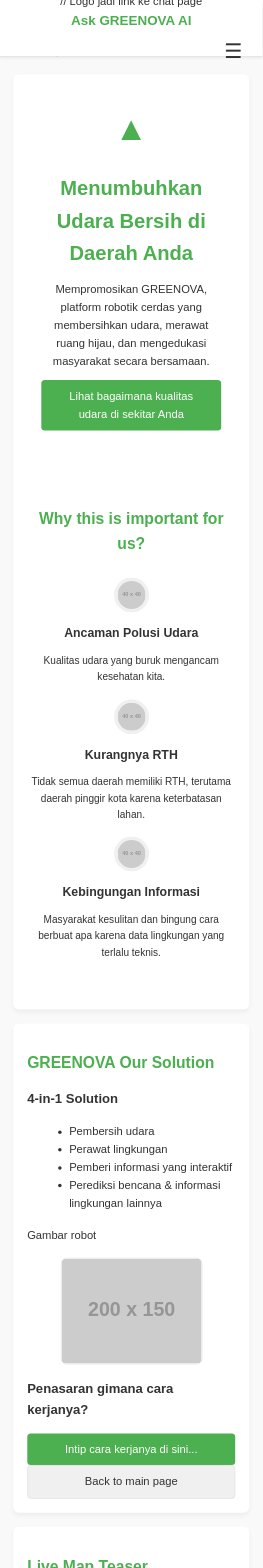
Repository: JojoGid34/Greenova-WEBSITE-SFT25-TETR
Page: index.html
The author's editor kept a copy of each file at every save. The page is drawn from the files as they stood at one save, then again after the next save.
The browser window is 375 px wide. The pictures show the part of the page from y = 0 to 2240 px (the page is 5735 px tall), at 70% of full size.

Above is the page before, as saved 2025-07-26 14:06:41.

### index.html
<!DOCTYPE html>
<html lang="id">

<head>
  <meta charset="UTF-8">
  <meta name="viewport" content="width=device-width, initial-scale=1.0">
  <title>Greenova AI - Scrollable Website</title>
  <link rel="stylesheet" href="style.css">
</head>

<body>
  // Header nya fixed di atas
  <header class="navbar">
    <div class="container">
      // Logo jadi link ke chat page
      <a href="#chat-page" class="logo">Ask GREENOVA AI</a>
      <nav class="nav-menu">
        <button class="menu-toggle" aria-label="Toggle navigation">&#9776;</button>
        <ul class="nav-list">
          <li class="close-menu-item"><button class="close-menu" aria-label="Close navigation">&times;</button></li>
          <li><a href="#home">Home</a></li>
          <li><a href="#solution">Our Solution</a></li>
          <li><a href="#live-map-teaser">Live Map Teaser</a></li>
          <li><a href="#collaboration">Collaboration</a></li>
          <li><a href="#about-us-simulated">About Us</a></li>
          <li><a href="#how-it-works-simulated">How It Works</a></li>
          <li><a href="#live-map-simulated">Live Map & Rob. Loc.</a></li>
          <li><a href="#air-quality-simulated">Air Quality Analysis</a></li>
          <li><a href="#collaboration-simulated">Collaboration</a></li>
          <li><a href="#donation-simulated">Donation</a></li>
        </ul>
      </nav>
    </div>
  </header>

  <main class="container">
    <!-- Home Section (Menumbuhkan Udara Bersih di Daerah Anda & Why this is important for us?) -->
    <section id="home" class="page-section">
      <div class="hero-content">
        <div class="triangle-icon">▲</div>
        <h1>Menumbuhkan Udara Bersih di Daerah Anda</h1>
        <p>Mempromosikan GREENOVA, platform robotik cerdas yang membersihkan udara, merawat ruang hijau, dan mengedukasi
          masyarakat secara bersamaan.</p>
        <a href="#air-quality-simulated" class="btn primary-btn">Lihat bagaimana kualitas udara di sekitar Anda</a>
      </div>
      <div class="why-important">
        <h2>Why this is important for us?</h2>
        <div class="reason-item">
          <img src="https://via.placeholder.com/40" alt="Polusi Udara Icon" class="icon">
          <div>
            <h3>Ancaman Polusi Udara</h3>
            <p>Kualitas udara yang buruk mengancam kesehatan kita.</p>
          </div>
        </div>
        <div class="reason-item">
          <img src="https://via.placeholder.com/40" alt="RTH Icon" class="icon">
          <div>
            <h3>Kurangnya RTH</h3>
            <p>Tidak semua daerah memiliki RTH, terutama daerah pinggir kota karena keterbatasan lahan.</p>
          </div>
        </div>
        <div class="reason-item">
          <img src="https://via.placeholder.com/40" alt="Informasi Icon" class="icon">
          <div>
            <h3>Kebingungan Informasi</h3>
            <p>Masyarakat kesulitan dan bingung cara berbuat apa karena data lingkungan yang terlalu teknis.</p>
          </div>
        </div>
      </div>
    </section>

    <!-- Our Solution Section -->
    <section id="solution" class="page-section">
      <h2>GREENOVA Our Solution</h2>
      <div class="solution-details">
        <h3>4-in-1 Solution</h3>
        <ul>
          <li>Pembersih udara</li>
          <li>Perawat lingkungan</li>
          <li>Pemberi informasi yang interaktif</li>
          <li>Perediksi bencana & informasi lingkungan lainnya</li>
        </ul>
        <p>Gambar robot</p>
        <img src="https://via.placeholder.com/200x150?text=Robot+Image" alt="Greenova Robot">
        <h3>Penasaran gimana cara kerjanya?</h3>
        <a href="#how-it-works-simulated" class="btn primary-btn">Intip cara kerjanya di sini...</a>
      </div>
      <a href="#home" class="btn secondary-btn">Back to main page</a>
    </section>

    <!-- Live Map Teaser Section -->
    <section id="live-map-teaser" class="page-section">
      <h2>Live Map Teaser</h2>
      <div class="map-teaser-content">
        <img src="https://via.placeholder.com/300x200?text=Peta+Jakarta" alt="Live Map Teaser Image" class="map-image">
        <div class="map-overlay-text">Taman Pojok<br>AQI: 55 (Baik)</div>
        <a href="#live-map-simulated" class="btn primary-btn">Jelajahi peta selanjutnya...</a>
      </div>
      <a href="#home" class="btn secondary-btn">Back to main page</a>
    </section>

    <!-- Mari Berkolaborasi Section -->
    <section id="collaboration" class="page-section">
      <h1>Mari Berkolaborasi</h1>
      <h2>Untuk Indonesia yang lebih bersih</h2>
      <p>Proyek ini akan berhasil melalui dukungan dan kemitraan dari berbagai pihak. Cari tahu bagaimana Anda bisa
        menjadi bagian dari perubahan ini :)</p>
      <button class="btn primary-btn">Hubungi kami</button>
      <a href="#home" class="btn secondary-btn">Back to main page</a>
    </section>

    <!-- Simulated Pages (Sekarang juga akan muncul di bawah jika di-scroll) -->
    <section id="air-quality-simulated" class="page-section">
      <h2>Simulasi: Analisis Kualitas Udara</h2>
      <p>Ini adalah halaman simulasi untuk analisis kualitas udara. Di sini Anda akan menampilkan data sensor
        sebenarnya.</p>
      <a href="#home" class="btn secondary-btn">Back to main page</a>
    </section>

    <section id="how-it-works-simulated" class="page-section">
      <h2>Simulasi: Cara Kerja Robot</h2>
      <p>Ini adalah halaman simulasi untuk detail cara kerja Greenova AI.</p>
      <a href="#home" class="btn secondary-btn">Back to main page</a>
    </section>

    <section id="live-map-simulated" class="page-section">
      <h2>Simulasi: Peta Lengkap Robot</h2>
      <p>Ini adalah halaman simulasi untuk peta interaktif dengan lokasi robot. Di sini Anda akan mengintegrasikan peta
        Google Maps atau OpenStreetMap.</p>
      <a href="#home" class="btn secondary-btn">Back to main page</a>
    </section>

  </main>

  <footer class="footer">
    <div class="container footer-content">
      <div class="footer-nav">
        <button class="footer-icon">&#9776;</button>
        <button class="footer-icon">&#9776;</button>
        <button class="footer-icon">&#9776;</button>
      </div>
      <div class="social-media">
        <span>Our Social Media</span>
        <span>Our Contact</span>
      </div>
    </div>
  </footer>

  <script src="script.js"></script>
</body>

</html>

### style.css
/* General styles */
:root {
  --primary-color: #4CAF50;
  --secondary-color: #f0f0f0;
  --text-color: #333;
  --header-bg: #fff;
  --border-color: #ddd;
  --button-hover-bg: #45a049;
  --button-text-color: #fff;
  --navbar-height: 60px;
}

html {
  scroll-behavior: smooth;
}

body {
  font-family: Arial, sans-serif;
  margin: 0;
  /* Tambahkan padding-top untuk mengimbangi navbar fixed */
  padding-top: var(--navbar-height);
  background-color: #f9f9f9;
  color: var(--text-color);
  line-height: 1.6;
}

body.menu-open {
  overflow: hidden;
  /* Mencegah scroll saat menu terbuka */
}

.container {
  width: 90%;
  max-width: 960px;
  /* Lebar maksimum disesuaikan untuk fokus wireframe */
  margin: 0 auto;
  padding: 20px 0;
}

/* Navbar */
.navbar {
  background-color: var(--header-bg);
  border-bottom: 1px solid var(--border-color);
  padding: 10px 0;
  position: fixed;
  /* Membuat navbar tetap di atas */
  top: 0;
  left: 0;
  width: 100%;
  z-index: 1000;
  box-shadow: 0 2px 5px rgba(0, 0, 0, 0.1);
  height: var(--navbar-height);
  /* Tentukan tinggi navbar */
  display: flex;
  /* Untuk centering konten di dalamnya */
  align-items: center;
  /* Untuk centering konten di dalamnya */
}

.navbar .container {
  display: flex;
  justify-content: space-between;
  align-items: center;
  width: 90%;
  /* Pastikan container di dalam navbar juga responsif */
  max-width: 960px;
}

.navbar .logo {
  font-weight: bold;
  font-size: 1.2em;
  color: var(--primary-color);
  text-decoration: none;
}

.nav-menu .menu-toggle {
  display: none;
  /* Hidden by default for larger screens */
  background: none;
  border: none;
  font-size: 1.8em;
  cursor: pointer;
  color: var(--text-color);
}

.nav-list {
  list-style: none;
  margin: 0;
  padding: 0;
  display: flex;
  /* Overlay menu */
  position: fixed;
  top: 0;
  right: -300px;
  width: 300px;
  height: 100%;
  background-color: var(--header-bg);
  box-shadow: -2px 0 5px rgba(0, 0, 0, 0.2);
  flex-direction: column;
  padding-top: 60px;
  transition: right 0.3s ease-in-out;
  z-index: 999;
}

.nav-list.active {
  right: 0;
  /* Shown when menu is toggled */
}

.nav-list li {
  margin: 10px 20px;
}

.nav-list a {
  text-decoration: none;
  color: var(--text-color);
  font-weight: 500;
  transition: color 0.3s ease;
  display: block;
  padding: 10px 0;
}

.nav-list a:hover {
  color: var(--primary-color);
}

.close-menu-item {
  position: absolute;
  top: 10px;
  right: 20px;
  margin: 0;
}

/* Page Sections */
.page-section {
  /* Hapus display: none; agar semua section terlihat dan bisa di-scroll */
  padding: 40px 0;
  min-height: calc(100vh - var(--navbar-height) - 80px);
  /* Adjust based on header/footer height */
  box-sizing: border-box;
  background-color: #fff;
  /* Background putih seperti wireframe */
  border-radius: 8px;
  box-shadow: 0 4px 8px rgba(0, 0, 0, 0.05);
  margin-bottom: 20px;
  padding: 30px;
}

h1,
h2 {
  color: var(--primary-color);
  margin-bottom: 15px;
}

h1 {
  font-size: 2.2em;
}

h2 {
  font-size: 1.8em;
}

p {
  margin-bottom: 15px;
}

/* Buttons */
.btn {
  padding: 10px 20px;
  border: none;
  border-radius: 5px;
  cursor: pointer;
  font-size: 1em;
  transition: background-color 0.3s ease;
  text-decoration: none;
  /* Untuk anchor tags styled as buttons */
  display: inline-block;
  text-align: center;
}

.primary-btn {
  background-color: var(--primary-color);
  color: var(--button-text-color);
}

.primary-btn:hover {
  background-color: var(--button-hover-bg);
}

.secondary-btn {
  background-color: var(--secondary-color);
  color: var(--text-color);
  border: 1px solid var(--border-color);
}

.secondary-btn:hover {
  background-color: #e0e0e0;
}

/* Home Section Specific */
#home .hero-content {
  text-align: center;
  margin-bottom: 40px;
  padding: 20px;
  border-radius: 8px;
  /* Box shadow inherited from .page-section */
}

#home .triangle-icon {
  font-size: 3em;
  color: var(--primary-color);
  margin-bottom: 10px;
}

#home .why-important {
  padding: 30px 0;
  /* Box shadow inherited from .page-section */
}

#home .why-important h2 {
  text-align: center;
  margin-bottom: 30px;
}

.reason-item {
  display: flex;
  align-items: flex-start;
  /* Align icon and text to top */
  margin-bottom: 20px;
  gap: 15px;
}

.reason-item .icon {
  width: 40px;
  /* Ukuran icon seperti wireframe */
  height: 40px;
  border-radius: 50%;
  background-color: var(--secondary-color);
  padding: 5px;
  object-fit: contain;
  flex-shrink: 0;
  /* Prevent icon from shrinking */
}

.reason-item h3 {
  margin-top: 0;
  margin-bottom: 5px;
  font-size: 1.1em;
}

.reason-item p {
  font-size: 0.9em;
  margin-bottom: 0;
}

/* Our Solution Section */
.solution-details ul {
  list-style: disc;
  margin-left: 20px;
  margin-bottom: 20px;
}

.solution-details img {
  display: block;
  margin: 20px auto;
  max-width: 100%;
  height: auto;
  border-radius: 8px;
  border: 1px solid var(--border-color);
  /* Add border for placeholder image */
}

/* Live Map Teaser Section */
.map-teaser-content {
  position: relative;
  width: 100%;
  max-width: 400px;
  /* Ukuran peta teaser seperti wireframe */
  margin: 20px auto;
  border: 1px solid var(--border-color);
  border-radius: 8px;
  overflow: hidden;
}

.map-teaser-content .map-image {
  display: block;
  width: 100%;
  height: auto;
}

.map-overlay-text {
  position: absolute;
  top: 50%;
  left: 50%;
  transform: translate(-50%, -50%);
  background-color: rgba(76, 175, 80, 0.8);
  /* Warna hijau transparan */
  color: white;
  padding: 10px 15px;
  border-radius: 5px;
  font-weight: bold;
  font-size: 1.1em;
  text-align: center;
}

.map-teaser-content .primary-btn {
  display: block;
  width: calc(100% - 40px);
  /* Adjust for padding */
  margin: 20px auto;
}

/* Mari Berkolaborasi Section */
#collaboration h1 {
  text-align: center;
  font-size: 2.5em;
  margin-bottom: 10px;
}

#collaboration h2 {
  text-align: center;
  font-size: 1.8em;
  margin-bottom: 30px;
}

#collaboration>p {
  text-align: center;
  margin-bottom: 30px;
}

#collaboration .primary-btn {
  display: block;
  width: fit-content;
  margin: 0 auto;
}


/* Footer */
.footer {
  background-color: var(--header-bg);
  border-top: 1px solid var(--border-color);
  padding: 15px 0;
  text-align: center;
  font-size: 0.9em;
  color: #666;
}

.footer-content {
  display: flex;
  justify-content: space-between;
  align-items: center;
}

.footer-nav {
  display: flex;
  gap: 10px;
}

.footer-icon {
  background: none;
  border: 1px solid var(--border-color);
  border-radius: 50%;
  width: 30px;
  height: 30px;
  display: flex;
  justify-content: center;
  align-items: center;
  font-size: 1.2em;
  cursor: pointer;
  color: #666;
}

/* Responsiveness */
@media (max-width: 768px) {
  .navbar .container {
    flex-wrap: wrap;
    justify-content: center;
  }

  .navbar .logo {
    width: 100%;
    text-align: center;
    margin-bottom: 10px;
  }

  .nav-menu {
    width: 100%;
    text-align: center;
  }

  .nav-menu .menu-toggle {
    display: block;
    width: 100%;
    text-align: right;
    padding-right: 10px;
  }

  .nav-list {
    flex-direction: column;
    width: 100%;
    display: none;
    /* Hidden by default on mobile */
    border-top: 1px solid var(--border-color);
    padding-top: 10px;
  }

  .nav-list.active {
    display: flex;
    /* Shown when menu is toggled */
  }

  .nav-list li {
    margin: 10px 0;
  }

  /* Adjust page-section padding for smaller screens */
  .page-section {
    padding: 20px;
  }

  .reason-item {
    flex-direction: column;
    align-items: center;
    text-align: center;
  }
}

@media (max-width: 480px) {
  h1 {
    font-size: 1.8em;
  }

  h2 {
    font-size: 1.4em;
  }

  .btn {
    width: 100%;
    box-sizing: border-box;
  }

  #collaboration .primary-btn {
    width: 100%;
  }

  .footer-content {
    flex-direction: column;
    gap: 10px;
  }

  .chat-input-area {
    flex-direction: column;
  }

  .chat-send-btn {
    width: 100%;
  }
}

### script.js
document.addEventListener('DOMContentLoaded', () => {
  const menuToggle = document.querySelector('.menu-toggle');
  const navList = document.querySelector('.nav-list');

  //Mobile menu toggle
  if (menuToggle) {
    menuToggle.addEventListener('click', () => {
      navList.classList.toggle('active');
    });
  }

  //Optional: Smooth scrolling for anchor links (lebih baik secara native dengan CSS scroll-behavior)
  const navLinks = document.querySelectorAll('.nav-list a');
  navLinks.forEach(link => {
      link.addEventListener('click', (e) => {
          e.preventDefault();
          const targetId = link.getAttribute('href');
          document.querySelector(targetId).scrollIntoView({
              behavior: 'smooth'
          });
          //Close mobile menu after clicking a link
          if (navList.classList.contains('active')) {
              navList.classList.remove('active');
          }
      });
  });

});

After the next save:
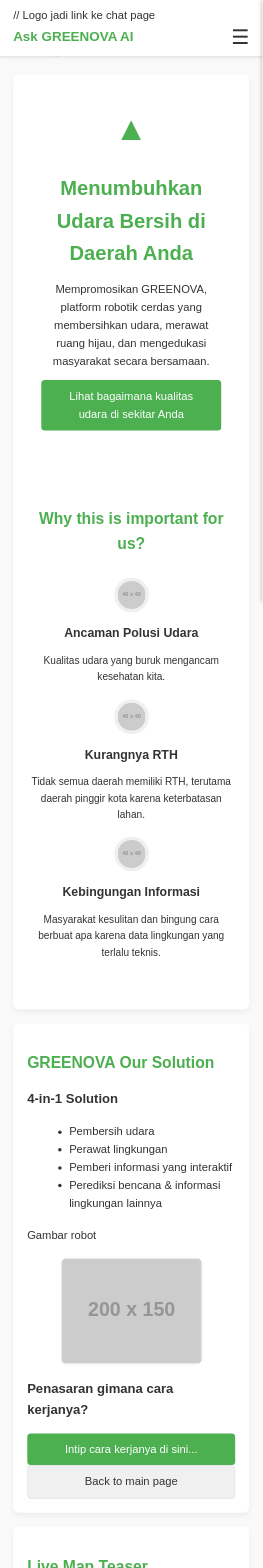
Saved 12 s later.
--- a/style.css
+++ b/style.css
@@ -1,17 +1,21 @@
-/* General styles */
+/* General Styles */
 :root {
   --primary-color: #4CAF50;
+  /* Green */
   --secondary-color: #f0f0f0;
+  /* Light Gray */
   --text-color: #333;
   --header-bg: #fff;
   --border-color: #ddd;
   --button-hover-bg: #45a049;
   --button-text-color: #fff;
   --navbar-height: 60px;
+  /* Tentukan tinggi navbar */
 }
 
 html {
   scroll-behavior: smooth;
+  /* Untuk smooth scrolling saat klik link anchor */
 }
 
 body {
@@ -22,11 +26,13 @@
   background-color: #f9f9f9;
   color: var(--text-color);
   line-height: 1.6;
+  transition: margin-right 0.3s ease;
+  /* Untuk animasi dorong konten saat menu terbuka */
 }
 
 body.menu-open {
   overflow: hidden;
-  /* Mencegah scroll saat menu terbuka */
+  /* Mencegah scrolling latar belakang saat menu terbuka */
 }
 
 .container {
@@ -71,6 +77,7 @@
   font-size: 1.2em;
   color: var(--primary-color);
   text-decoration: none;
+  /* Hapus underline pada link logo */
 }
 
 .nav-menu .menu-toggle {
@@ -88,27 +95,31 @@
   margin: 0;
   padding: 0;
   display: flex;
-  /* Overlay menu */
+  /* Gaya untuk menu overlay */
   position: fixed;
   top: 0;
   right: -300px;
+  /* Sembunyikan di luar layar */
   width: 300px;
   height: 100%;
   background-color: var(--header-bg);
   box-shadow: -2px 0 5px rgba(0, 0, 0, 0.2);
   flex-direction: column;
   padding-top: 60px;
+  /* Ruang untuk tombol tutup */
   transition: right 0.3s ease-in-out;
   z-index: 999;
+  /* Di bawah navbar tapi di atas konten */
 }
 
 .nav-list.active {
   right: 0;
-  /* Shown when menu is toggled */
+  /* Tampilkan menu */
 }
 
 .nav-list li {
   margin: 10px 20px;
+  /* Padding untuk setiap item menu */
 }
 
 .nav-list a {
@@ -117,6 +128,7 @@
   font-weight: 500;
   transition: color 0.3s ease;
   display: block;
+  /* Agar seluruh area li bisa diklik */
   padding: 10px 0;
 }
 
@@ -124,16 +136,25 @@
   color: var(--primary-color);
 }
 
+/* Tombol tutup menu */
 .close-menu-item {
   position: absolute;
   top: 10px;
   right: 20px;
   margin: 0;
+  /* Override default li margin */
+}
+
+.close-menu {
+  background: none;
+  border: none;
+  font-size: 2em;
+  cursor: pointer;
+  color: var(--text-color);
 }
 
 /* Page Sections */
 .page-section {
-  /* Hapus display: none; agar semua section terlihat dan bisa di-scroll */
   padding: 40px 0;
   min-height: calc(100vh - var(--navbar-height) - 80px);
   /* Adjust based on header/footer height */
@@ -203,7 +224,6 @@
   margin-bottom: 40px;
   padding: 20px;
   border-radius: 8px;
-  /* Box shadow inherited from .page-section */
 }
 
 #home .triangle-icon {
@@ -214,7 +234,6 @@
 
 #home .why-important {
   padding: 30px 0;
-  /* Box shadow inherited from .page-section */
 }
 
 #home .why-important h2 {
@@ -225,21 +244,18 @@
 .reason-item {
   display: flex;
   align-items: flex-start;
-  /* Align icon and text to top */
   margin-bottom: 20px;
   gap: 15px;
 }
 
 .reason-item .icon {
   width: 40px;
-  /* Ukuran icon seperti wireframe */
   height: 40px;
   border-radius: 50%;
   background-color: var(--secondary-color);
   padding: 5px;
   object-fit: contain;
   flex-shrink: 0;
-  /* Prevent icon from shrinking */
 }
 
 .reason-item h3 {
@@ -267,7 +283,6 @@
   height: auto;
   border-radius: 8px;
   border: 1px solid var(--border-color);
-  /* Add border for placeholder image */
 }
 
 /* Live Map Teaser Section */
@@ -275,7 +290,6 @@
   position: relative;
   width: 100%;
   max-width: 400px;
-  /* Ukuran peta teaser seperti wireframe */
   margin: 20px auto;
   border: 1px solid var(--border-color);
   border-radius: 8px;
@@ -294,7 +308,6 @@
   left: 50%;
   transform: translate(-50%, -50%);
   background-color: rgba(76, 175, 80, 0.8);
-  /* Warna hijau transparan */
   color: white;
   padding: 10px 15px;
   border-radius: 5px;
@@ -306,7 +319,6 @@
 .map-teaser-content .primary-btn {
   display: block;
   width: calc(100% - 40px);
-  /* Adjust for padding */
   margin: 20px auto;
 }
 
@@ -332,6 +344,69 @@
   display: block;
   width: fit-content;
   margin: 0 auto;
+}
+
+/* Chat Page Specific Styles */
+#chat-page .chat-container {
+  display: flex;
+  flex-direction: column;
+  gap: 15px;
+  max-width: 600px;
+  margin: 20px auto;
+  padding: 20px;
+  background-color: #f8f8f8;
+  border-radius: 10px;
+  box-shadow: 0 2px 10px rgba(0, 0, 0, 0.1);
+}
+
+.chat-message {
+  background-color: #e0f7fa;
+  /* Light blue for bot messages */
+  padding: 15px;
+  border-radius: 15px;
+  align-self: flex-start;
+  /* Align to left for bot */
+  max-width: 80%;
+}
+
+.chat-message p {
+  margin-bottom: 5px;
+}
+
+.chat-message ul {
+  list-style: disc;
+  margin-left: 20px;
+  margin-top: 10px;
+}
+
+.chat-input-area {
+  display: flex;
+  gap: 10px;
+  margin-top: 20px;
+}
+
+.chat-input {
+  flex-grow: 1;
+  padding: 12px;
+  border: 1px solid var(--border-color);
+  border-radius: 25px;
+  /* Rounded input */
+  font-size: 1em;
+}
+
+.chat-send-btn {
+  background-color: var(--primary-color);
+  color: var(--button-text-color);
+  border: none;
+  border-radius: 25px;
+  padding: 12px 20px;
+  cursor: pointer;
+  font-size: 1em;
+  transition: background-color 0.3s ease;
+}
+
+.chat-send-btn:hover {
+  background-color: var(--button-hover-bg);
 }
 
 
@@ -374,43 +449,39 @@
 @media (max-width: 768px) {
   .navbar .container {
     flex-wrap: wrap;
-    justify-content: center;
+    justify-content: space-between;
+    /* Kembali ke space-between */
   }
 
   .navbar .logo {
-    width: 100%;
-    text-align: center;
-    margin-bottom: 10px;
+    width: auto;
+    /* Biarkan logo menyesuaikan konten */
+    margin-bottom: 0;
   }
 
   .nav-menu {
-    width: 100%;
-    text-align: center;
+    width: auto;
+    text-align: right;
+    /* Burger menu di kanan */
   }
 
   .nav-menu .menu-toggle {
     display: block;
-    width: 100%;
-    text-align: right;
-    padding-right: 10px;
-  }
-
+    padding-right: 0;
+    /* Hapus padding kanan */
+  }
+
+  /* Menu overlay akan mengambil alih tampilan */
   .nav-list {
-    flex-direction: column;
-    width: 100%;
-    display: none;
-    /* Hidden by default on mobile */
-    border-top: 1px solid var(--border-color);
-    padding-top: 10px;
+    /* Properti sudah diatur untuk fixed/overlay */
   }
 
   .nav-list.active {
-    display: flex;
-    /* Shown when menu is toggled */
+    right: 0;
   }
 
   .nav-list li {
-    margin: 10px 0;
+    margin: 10px 20px;
   }
 
   /* Adjust page-section padding for smaller screens */
@@ -423,6 +494,11 @@
     align-items: center;
     text-align: center;
   }
+
+  .footer-content {
+    flex-direction: column;
+    gap: 10px;
+  }
 }
 
 @media (max-width: 480px) {
@@ -443,11 +519,6 @@
     width: 100%;
   }
 
-  .footer-content {
-    flex-direction: column;
-    gap: 10px;
-  }
-
   .chat-input-area {
     flex-direction: column;
   }
